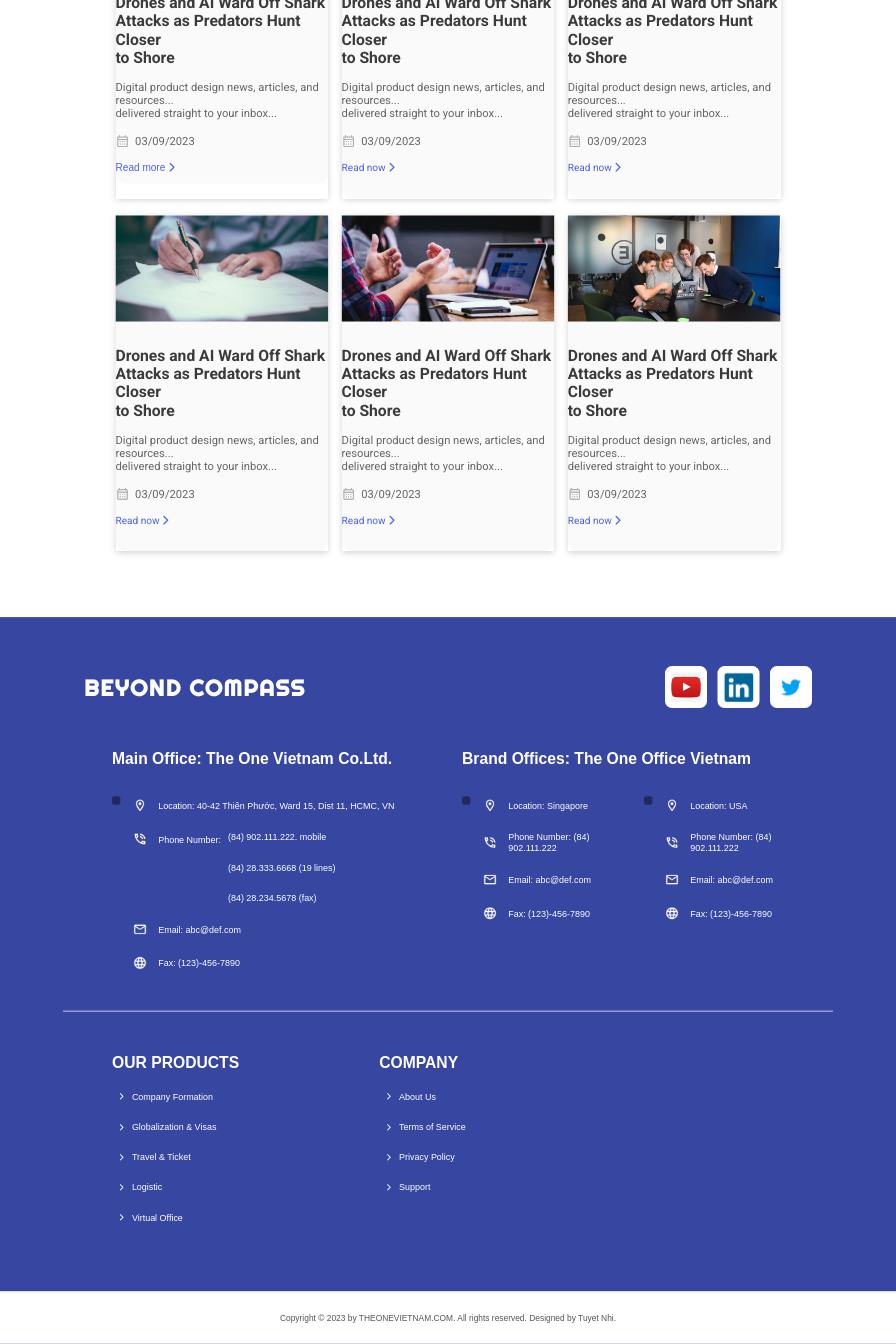
Repository: trunghau06/baitapRn
Page: pages/news.html
An editor plug-in stored every save of this project. The page is shown before and after the next save, followed by the edit.
The browser window is 1280 px wide. The pictures show the part of the page from y = 1091 to 3011 px (the page is 3011 px tall before and 2962 px after), at 70% of full size.

Above is the page before, as saved 2025-10-09 22:57:59.

After the next save:
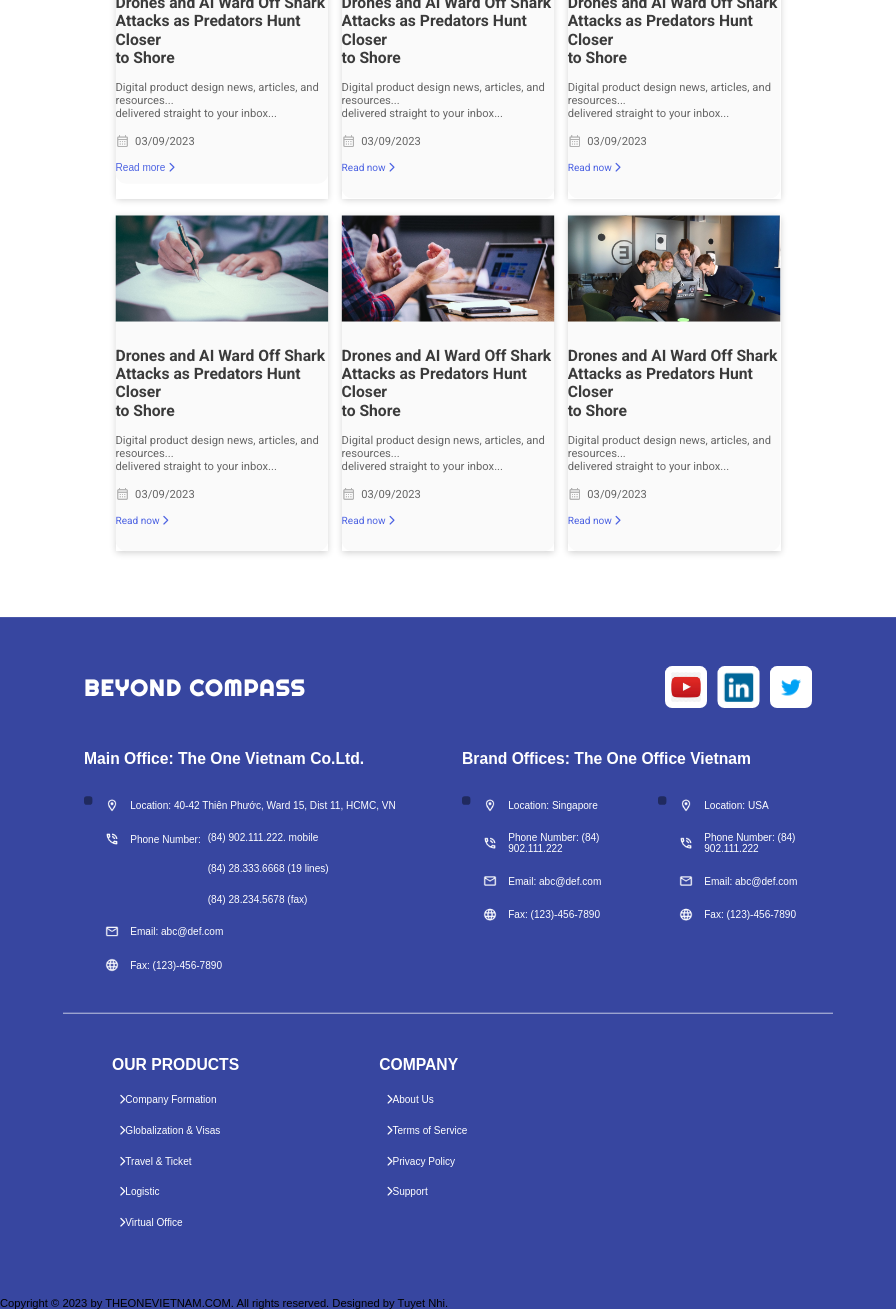
Saved 18 s later.
--- a/style/news.css
+++ b/style/news.css
@@ -411,7 +411,7 @@ nav ul li a.active::after {
 }
 
 .offices {
-    padding: 10px 160px;
+    padding: 10px 120px;
     display: grid;
     grid-template-columns: 1fr 1fr;
     gap: 40px;
@@ -455,7 +455,7 @@ nav ul li a.active::after {
     margin: 28px 0;
     display: flex;
     align-items: center;
-    font-size: 0.8em;
+    font-size: 0.9em;
     color: #FFFFFF;
 }
 
@@ -468,7 +468,7 @@ nav ul li a.active::after {
 
 .phone-group p {
     margin: 0;
-    font-size: 0.8em;
+    font-size: 0.9em;
     margin-bottom: 28px;
     color: #FFFFFF;
 }
@@ -521,24 +521,8 @@ nav ul li a.active::after {
 
 .link-column ul li {
   margin: 28px 0;
-  font-size: 0.8em;
+  font-size: 0.9em;
   display: flex;
   align-items: center;
   color: #FFFFFF;
 }
-
-.link-column ul li i {
-  margin-right: 12px;
-  font-size: 0.8em;
-  color: #FFFFFF;
-}
-
-.footer-bottom {
-  margin-top: auto;
-  background: #fff;
-  text-align: center;
-  padding: 30px 0;
-  font-size: 12px;
-  color: #555;
-  border-top: 1px solid #ddd;
-}
